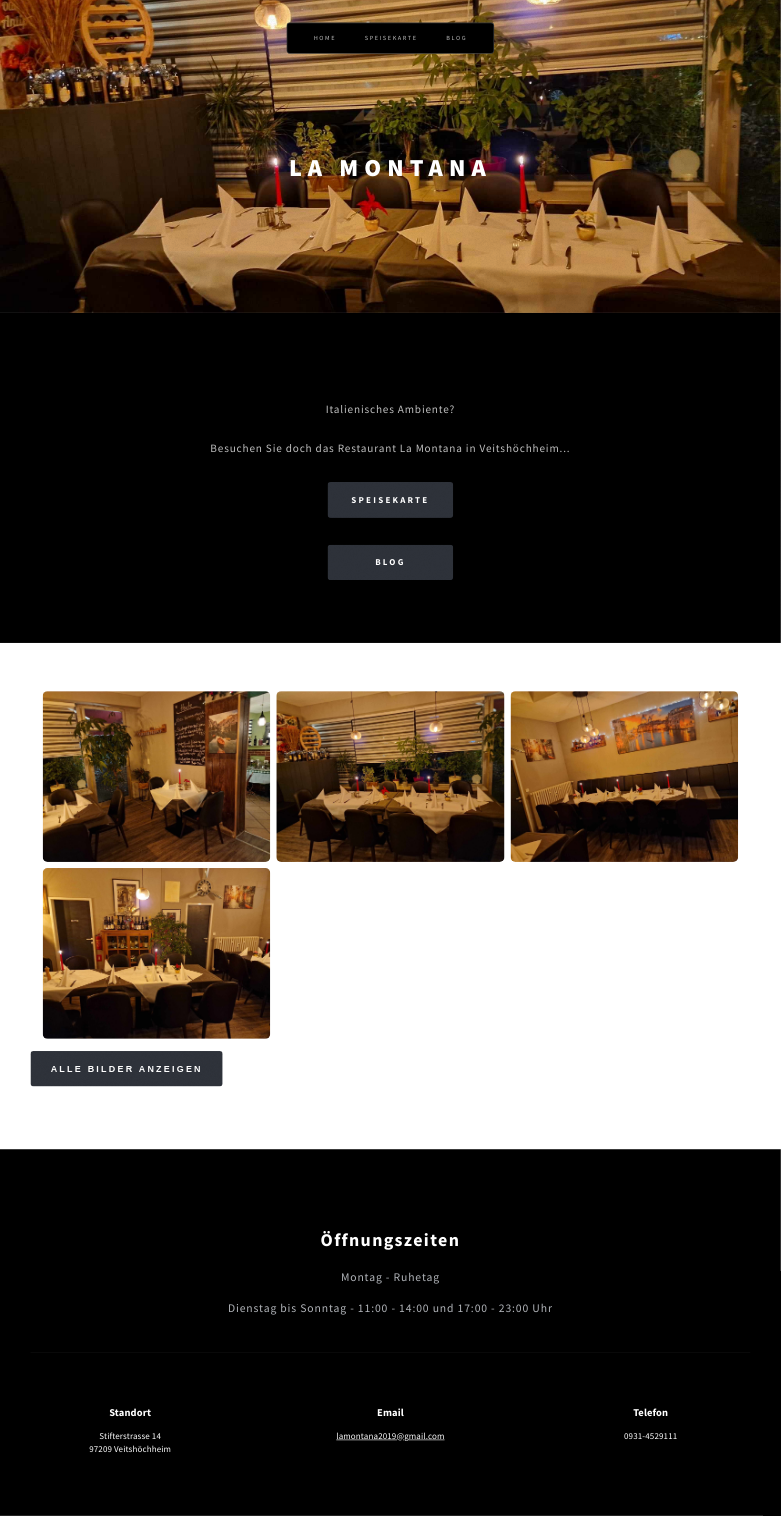
Repository: restaurantlamontana/restaurantlamontana.github.io
Page: index.html
The author's editor kept a copy of each file at every save. The page is drawn from the files as they stood at one save, then again after the next save.
The browser window is 1280 px wide. The pictures show the whole page, at 61% of full size.

Above is the page before, as saved 2024-07-15 12:22:51.

### index.html
<!DOCTYPE html>
<html>
  <head>
    <title>La Montana</title>
    <meta charset="utf-8" />
    <meta
      name="viewport"
      content="width=device-width, initial-scale=1, user-scalable=no"
    />
    <link rel="stylesheet" href="assets/css/main.css" />
    <style>
      /* Additional CSS for hiding images */
      .image-grid img:nth-child(n + 5) {
        display: none;
      }
    </style>
  </head>
  <body class="homepage is-preload">
    <div id="page-wrapper">
      <!-- Header -->
      <section id="header" class="wrapper">
        <!-- Logo -->
        <div id="logo">
          <h1 style="font-size: 40px"><a href="index.html">La Montana</a></h1>
        </div>
        <!-- Nav -->
        <nav id="nav">
          <ul class="toplinks">
            <li class="current"><a href="index.html">Home</a></li>
            <li>
              <a href="assets/Speisekarte_Scan.pdf" target="_blank"
                >Speisekarte</a
              >
            </li>
            <li><a href="blog.html">Blog</a></li>
          </ul>
        </nav>
      </section>

      <!-- Intro -->
      <section id="intro" class="wrapper style1">
        <div class="container">
          <br /><br /><br /><br />
          <p class="style1">Italienisches Ambiente?</p>
          <br />
          <p class="style1">
            Besuchen Sie doch das Restaurant La Montana in Veitshöchheim...
          </p>
          <ul class="actions">
            <li>
              <a
                href="assets/Speisekarte_Scan.pdf"
                target="_blank"
                class="button style3 large"
                >Speisekarte</a
              >
            </li>
          </ul>
          <ul class="actions">
            <li><a href="blog.html" class="button style3 large">Blog</a></li>
          </ul>
        </div>
      </section>

      <!-- Image Grid -->
      <section class="wrapper">
        <div class="container">
          <div class="image-grid">
            <img src="images/IMG_3203.JPG" />
            <img src="images/IMG_3204.JPG" />
            <img src="images/IMG_3205.JPG" />
            <img src="images/IMG_3206.JPG" />
            <img src="images/IMG_3207.JPG" />
            <img src="images/IMG_3199.JPG" />
            <img src="images/IMG_3200.JPG" />
            <img src="images/IMG_3201.JPG" />
            <img src="images/IMG_3202.JPG" />
            <img src="images/IMG_3199.JPG" />
            <img src="images/IMG_3194.JPG" />
            <img src="images/IMG_3195.JPG" />
            <img src="images/IMG_3196.JPG" />
            <img src="images/IMG_3197.JPG" />
            <img src="images/IMG_3198.JPG" />
          </div>
          <button id="show-more-btn" class="button style3 large">
            Alle Bilder anzeigen
          </button>
        </div>
      </section>

      <!-- Footer -->
      <section id="footer" class="wrapper">
        <div class="container">
          <header class="style1">
            <h2>Öffnungszeiten</h2>
            <p>Montag - Ruhetag</p>
            <p>Dienstag bis Sonntag - 11:00 - 14:00 und 17:00 - 23:00 Uhr</p>
          </header>
        </div>
        <div class="flex-container">
          <div class="flex-item">
            <h3>Standort</h3>
            <p style="color: white">
              Stifterstrasse 14<br />
              97209 Veitshöchheim<br />
            </p>
          </div>
          <div class="flex-item">
            <h3>Email</h3>
            <p>
              <a href="mailto:lamontana2019@gmail.com"
                >lamontana2019@gmail.com</a
              >
            </p>
          </div>
          <div class="flex-item">
            <h3>Telefon</h3>
            <p style="color: white">0931-4529111</p>
          </div>
        </div>
      </section>
    </div>

    <script>
      document
        .getElementById("show-more-btn")
        .addEventListener("click", function () {
          const images = document.querySelectorAll(".image-grid img");
          images.forEach((img, index) => {
            if (index >= 6) {
              img.style.display =
                img.style.display === "none" ? "block" : "none";
            }
          });
          this.textContent =
            this.textContent === "Alle Bilder anzeigen"
              ? "Weniger Bilder anzeigen"
              : "Alle Bilder anzeigen";
        });
    </script>
  </body>
</html>

Loaded but not shown: assets/css/fontawesome-all.min.css (library); assets/css/main.css (3122 lines, source omitted)

After the next save:
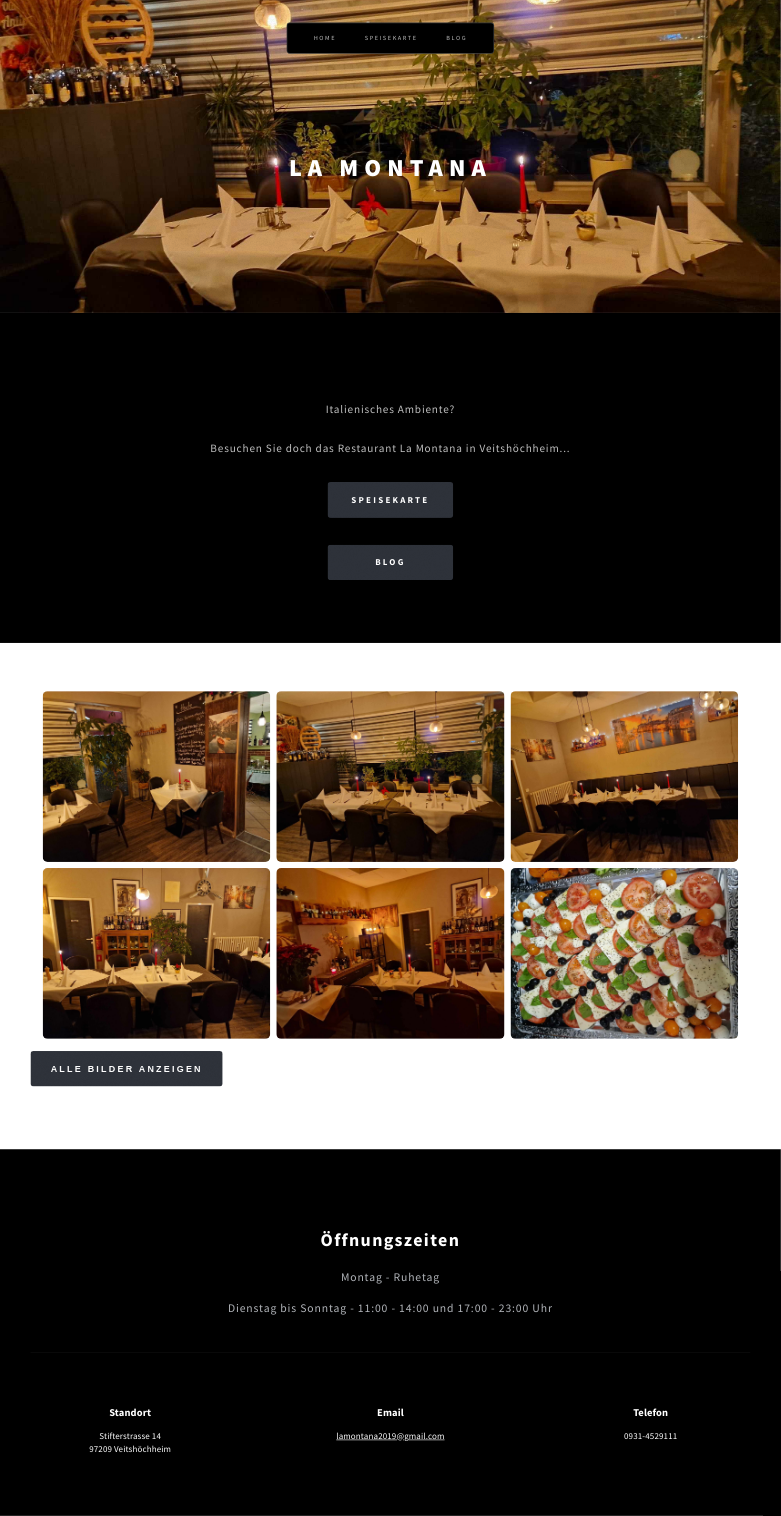
Saved 2 min 14 s later.
--- a/index.html
+++ b/index.html
@@ -10,7 +10,7 @@
     <link rel="stylesheet" href="assets/css/main.css" />
     <style>
       /* Additional CSS for hiding images */
-      .image-grid img:nth-child(n + 5) {
+      .image-grid img:nth-child(n + 7) {
         display: none;
       }
     </style>
